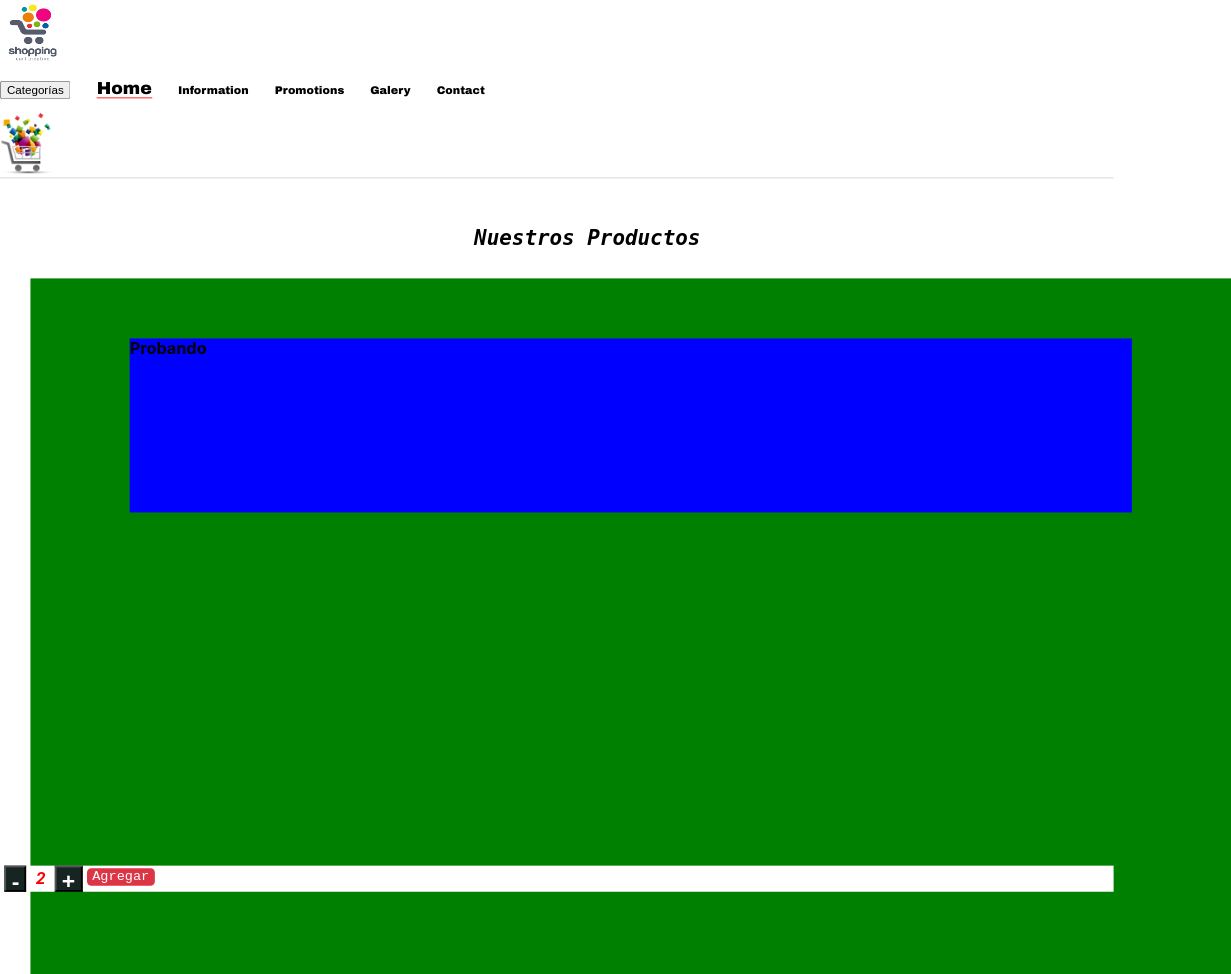
Repository: gustavomanuelquintana/CoderRepository
Page: / (app in cards-commers/)
The author's editor kept a copy of each file at every save. The page is drawn from the files as they stood at one save, then again after the next save.
The browser window is 1280 px wide. The page is 1415 px wide, then 1375 px, so the pictures cover 1415 px, including what lies to the right of the window. The pictures show the whole page, at 87% of full size.
The project was rebuilt for these pictures with package versions that can differ from the ones it lists, and the page was loaded fresh each time.

Above is the page before, as saved 2020-10-31 14:06:25.

After the next save:
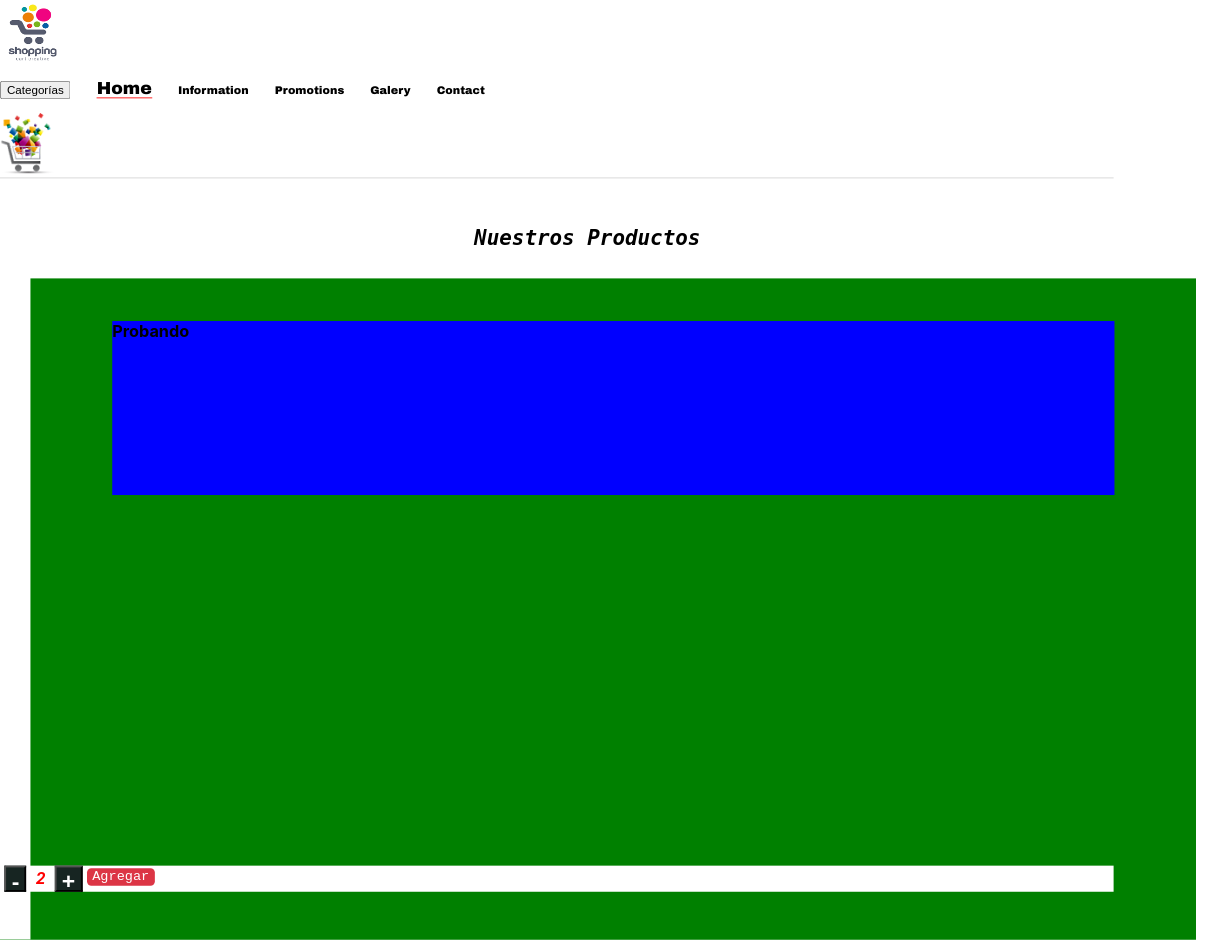
Saved 9 s later.
--- a/cards-commers/src/Components/ItemListContainer/ItemList/ItemList.css
+++ b/cards-commers/src/Components/ItemListContainer/ItemList/ItemList.css
@@ -2,6 +2,6 @@
     width:100%;
     height:700px;
     background-color:green;
-    padding:50px;
+    padding:30px;
     margin:2em auto;
 }
